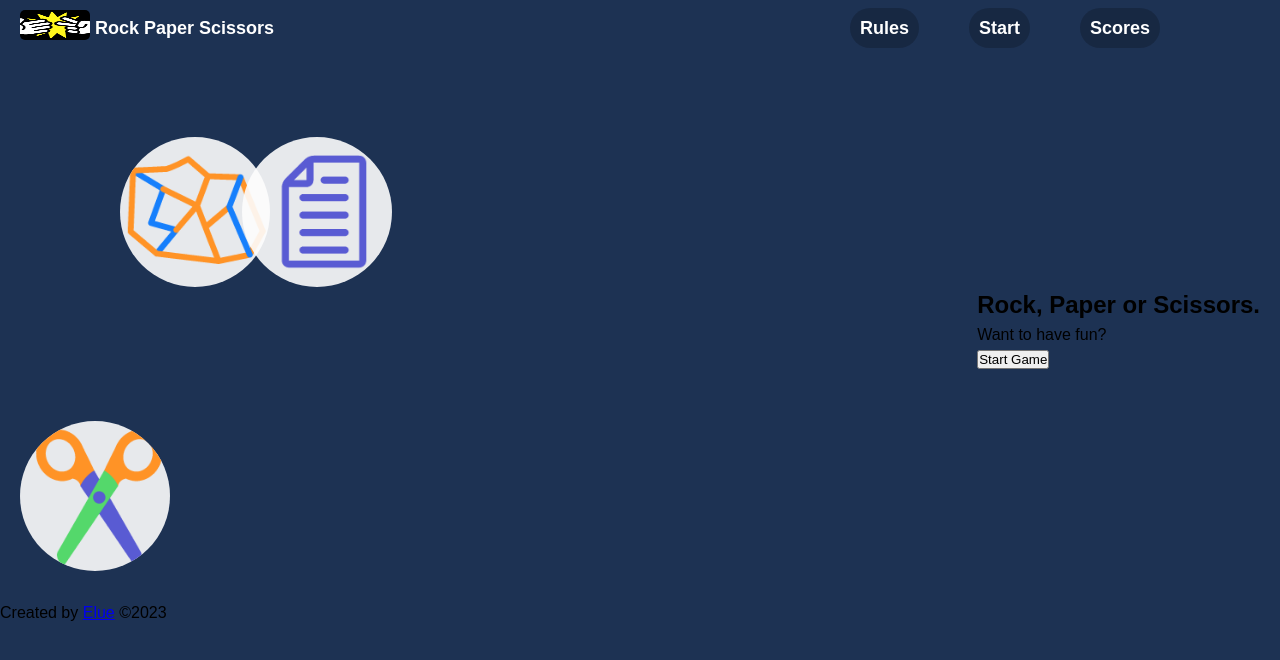
Repository: MikkyPrestige/rock-paper-scissors
Page: index.html
An editor plug-in stored every save of this project. The page is shown before and after a run of saves, followed by the edit.
The browser window is 1280 px wide. The pictures show the whole page.

Above is the page before, as saved 2023-05-08 04:46:31.

### index.html
<!DOCTYPE html>
<html lang="en">

<head>
  <meta charset="UTF-8">
  <meta http-equiv="X-UA-Compatible" content="IE=edge">
  <meta name="viewport" content="width=device-width, initial-scale=1.0">
  <title>Rock, Paper or Scissors Game</title>
  <link rel="stylesheet" href="./index.css">
  <!-- <script src="./index.js" defer></script> -->
</head>

<body>
  <main>
    <header>
      <figure>
        <a href="/">
          <img src="./img/logo.png" alt="Logo" class="logo">
        </a>
        <figcaption>Rock Paper Scissors</figcaption>
      </figure>
      <nav>
        <ul>
          <li><a href="#">Rules</a></li>
          <li><a href="#">Start</a></li>
          <li><a href="#">Scores</a></li>
        </ul>
      </nav>
    </header>
    <section class="home">
      <div class="images">
        <img src="./img/Rock.gif" alt="Rock image" class="img rock">
        <img src="./img/Paper.gif" alt="Paper image" class="img paper">
        <img src="./img/Scissors.gif" alt="Scissors image" class="img scissors">
      </div>
      <div class="content">
        <h1>Rock, Paper or Scissors.</h1>
        <p>Want to have <span>fun?</span></p>
        <button type="submit" class="btn">Start Game</button>
      </div>
    </section>

    <footer>
      <p>Created by <a href="#" target="_blank">Elue</a> &copy;2023</p>
    </footer>
  </main>
</body>

</html>

### index.css
*,
*::after,
*::before {
  box-sizing: border-box;
  margin: 0;
  padding: 0;
}

html {
  font-size: 62.5%;
}

body {
  font-family: "Fira Sans", sans-serif;
  font-size: 1.6rem;
  line-height: 1.5;
  background: rgba(29, 50, 83, 1);
  width: 100%;
  height: 100%;
}

main {
  display: flex;
  flex-direction: column;
  justify-content: center;
  gap: 2rem;
  height: 100%;
  width: 100%;
}

header {
  display: flex;
  justify-content: space-between;
  align-items: center;
  padding: 1rem 2rem;
  width: 100%;
  height: auto;
}

figure {
  display: flex;
  align-items: center;
  gap: .5rem;
  height: auto;
}

.logo {
  width: 7rem;
  height: 3rem;
  border-radius: .5rem;
  -webkit-border-radius: .5rem;
  -moz-border-radius: .5rem;
  -ms-border-radius: .5rem;
  -o-border-radius: .5rem;
}

figcaption {
  font-size: 1.8rem;
  font-weight: 600;
  color: rgba(255, 255, 255, 1);
}

nav {
  height: auto;
  margin-right: 10rem;
}

ul {
  display: flex;
  justify-content: center;
  align-items: center;
  gap: 5rem;
  list-style: none;
}

li a {
  font-size: 1.8rem;
  font-weight: 600;
  color: rgba(255, 255, 255, 1);
  background: linear-gradient(0deg, rgba(0, 0, 0, 0.2), rgba(0, 0, 0, 0.2)), #1D3253;
  text-decoration: none;
  padding: 1rem;
  border-radius: 2rem;
}

li a:hover {
  background: rgba(255, 255, 255, 1);
  color: rgba(29, 50, 83, 1);
  text-decoration: underline;
}

.home {
  display: flex;
  justify-content: space-between;
  align-items: center;
  padding: 1rem 2rem;
  width: 100%;
  height: 70vh;
}

.images {
  position: relative;
  height: 100%;
  flex-basis: 30%;
}

.img {
  background: rgba(253, 253, 253, 0.9);
  border-radius: 50%;
  -webkit-border-radius: 50%;
  -moz-border-radius: 50%;
  -ms-border-radius: 50%;
  -o-border-radius: 50%;
  width: 15rem;
  height: 15rem;
}

.rock {
  position: absolute;
  top: 5rem;
  left: 10rem;
}

.paper {
  position: absolute;
  top: 5rem;
  right: 0rem;
}

.scissors {
  position: absolute;
  bottom: 0;
  left: 0;
}

After the next 2 saves:
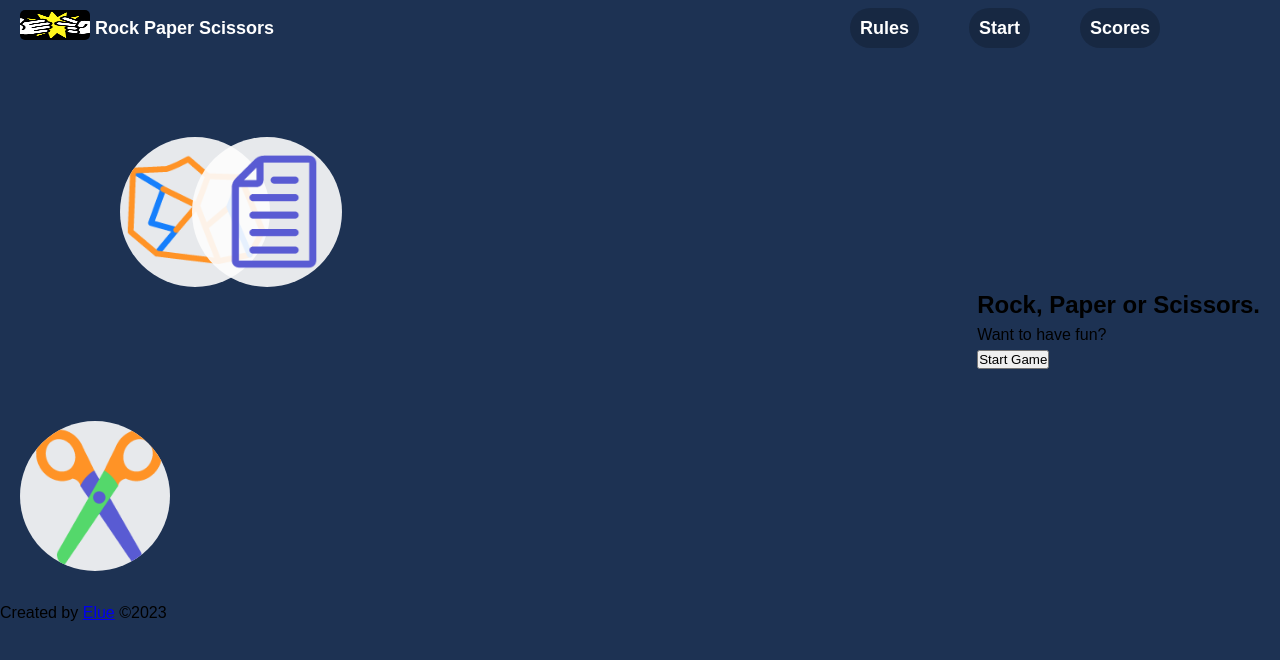
The 2 saves are shown as one change because they came seconds apart.
The last was saved 8 s later.
--- a/index.css
+++ b/index.css
@@ -124,7 +124,7 @@ li a:hover {
 .paper {
   position: absolute;
   top: 5rem;
-  right: 0rem;
+  right: 5rem;
 }
 
 .scissors {
